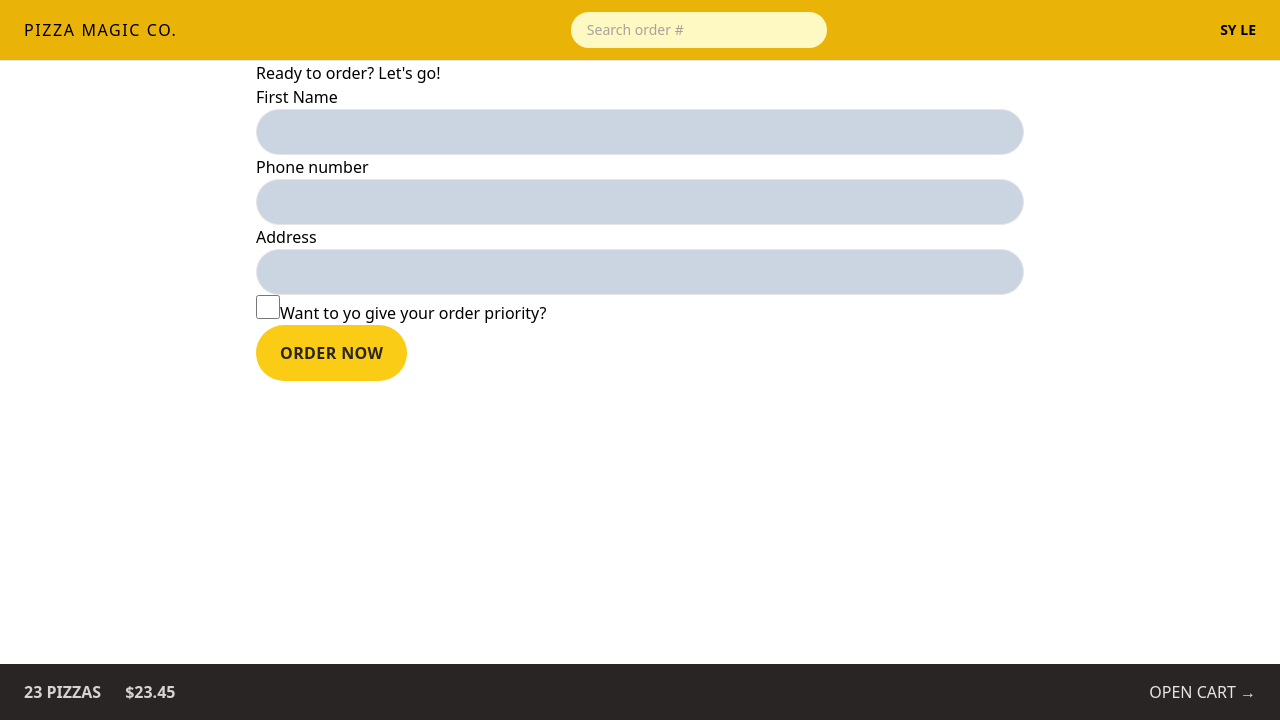
Repository: SyLe-Van/The-Pizza-Magic-web
Page: /order/new
These files come from the project's save history. The page is drawn as it stood at one moment and after the next save; the edit follows.
The browser window is 1280 px wide. The pictures show the whole page.
The project was rebuilt for these pictures with package versions that can differ from the ones it lists, and the page was loaded fresh each time. Also part of the build but not shown: vite.config.js, src/features/user/CreateUser.jsx, src/ui/Home.jsx, src/ui/Loader.jsx, src/features/menu/Menu.jsx, src/ui/LinkButton.jsx, src/features/cart/Cart.jsx, src/ui/Error.jsx and 2 more. Imported but missing from the stored project, and not drawn on this page: src/features/menu/MenuItem.

Above is the page before, as saved 2024-07-28 17:25:16.

After the next save:
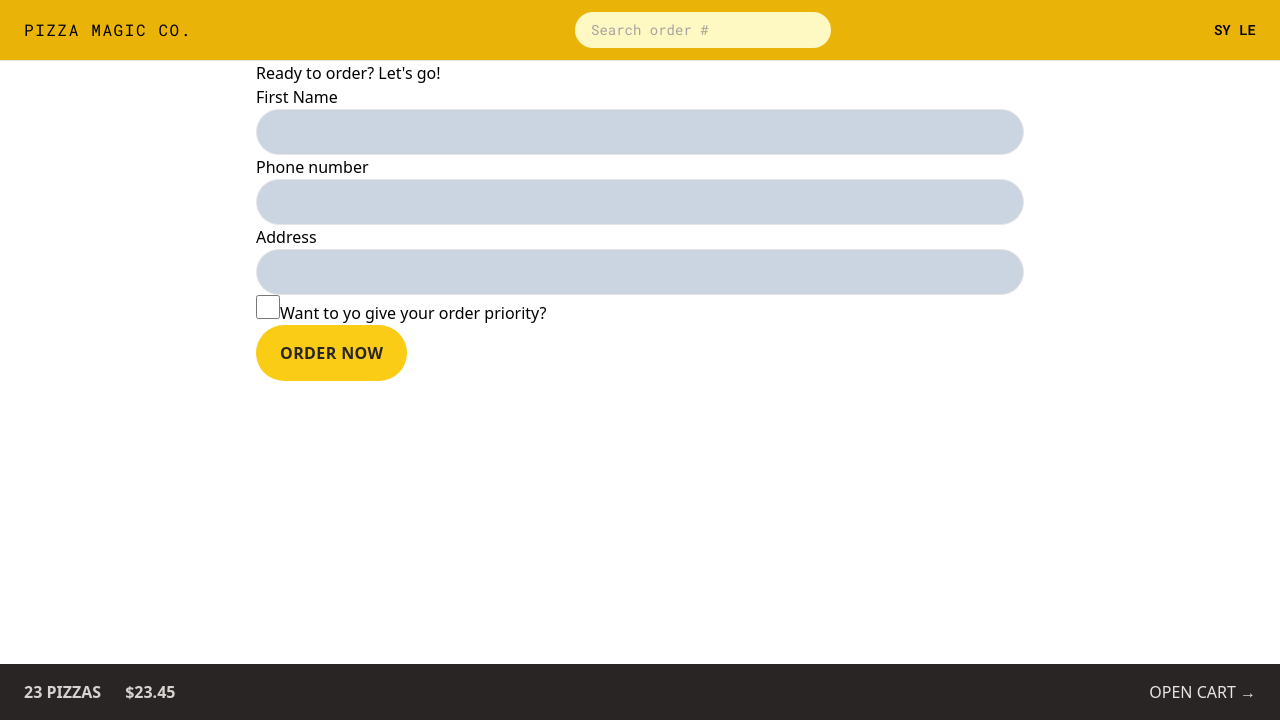
Saved 51 s later.
--- a/src/ui/Header.jsx
+++ b/src/ui/Header.jsx
@@ -4,7 +4,7 @@ import SearchOrder from "../features/order/SearchOrder";
 
 export default function Header() {
     return (
-        <header className="bg-yellow-500 flex items-center justify-between uppercase py-3 px-4 border-b border-stone-200 sm:px-6">
+        <header className="bg-yellow-500 font-pizza flex items-center justify-between uppercase py-3 px-4 border-b border-stone-200 sm:px-6">
             <Link className="tracking-widest" to="/">Pizza Magic Co.</Link>
             <SearchOrder />
 
